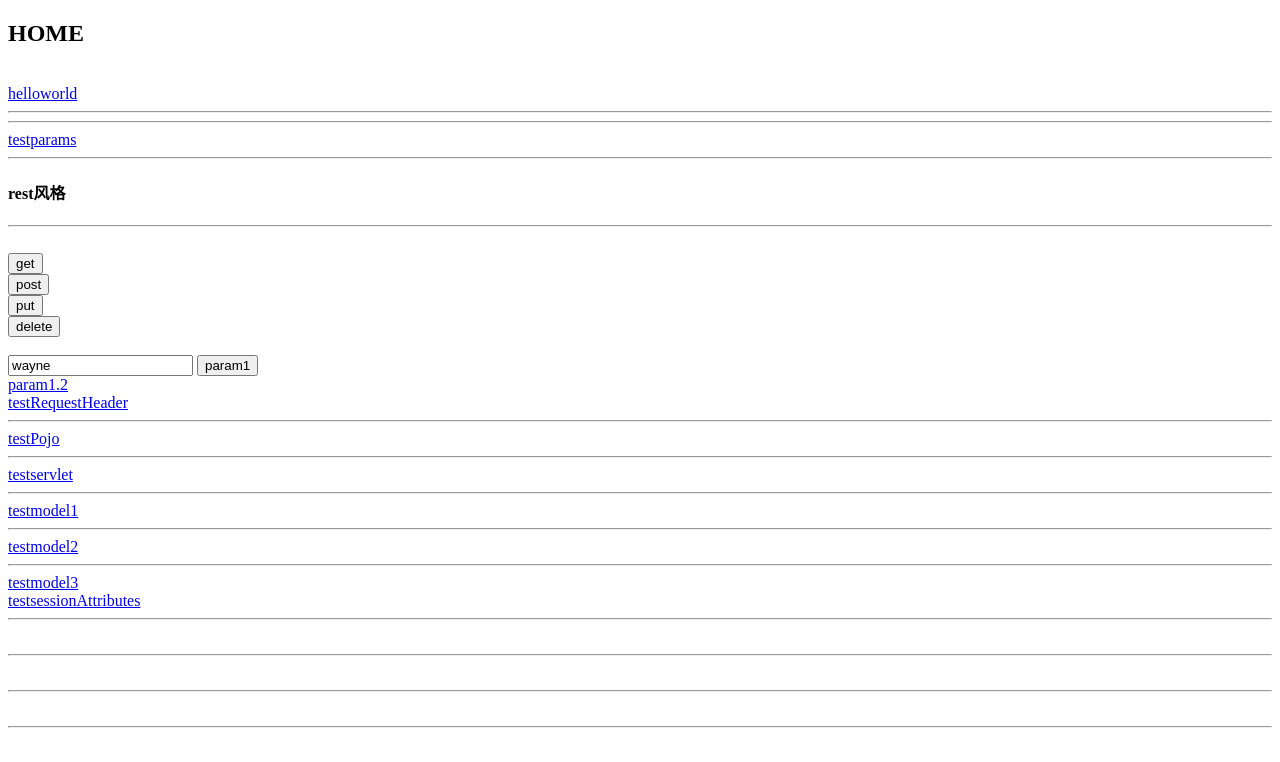
Repository: weiqilin66/workSpaceXD
Page: http://localhost/springmvc-1/
The author's editor kept a copy of each file at every save. The page is drawn from the files as they stood at one save, then again after the next save.
The browser window is 1280 px wide. The pictures show the whole page.
The page is served by Tomcat 9.

Above is the page before, as saved 2019-09-23 03:10:40.

After the next save:
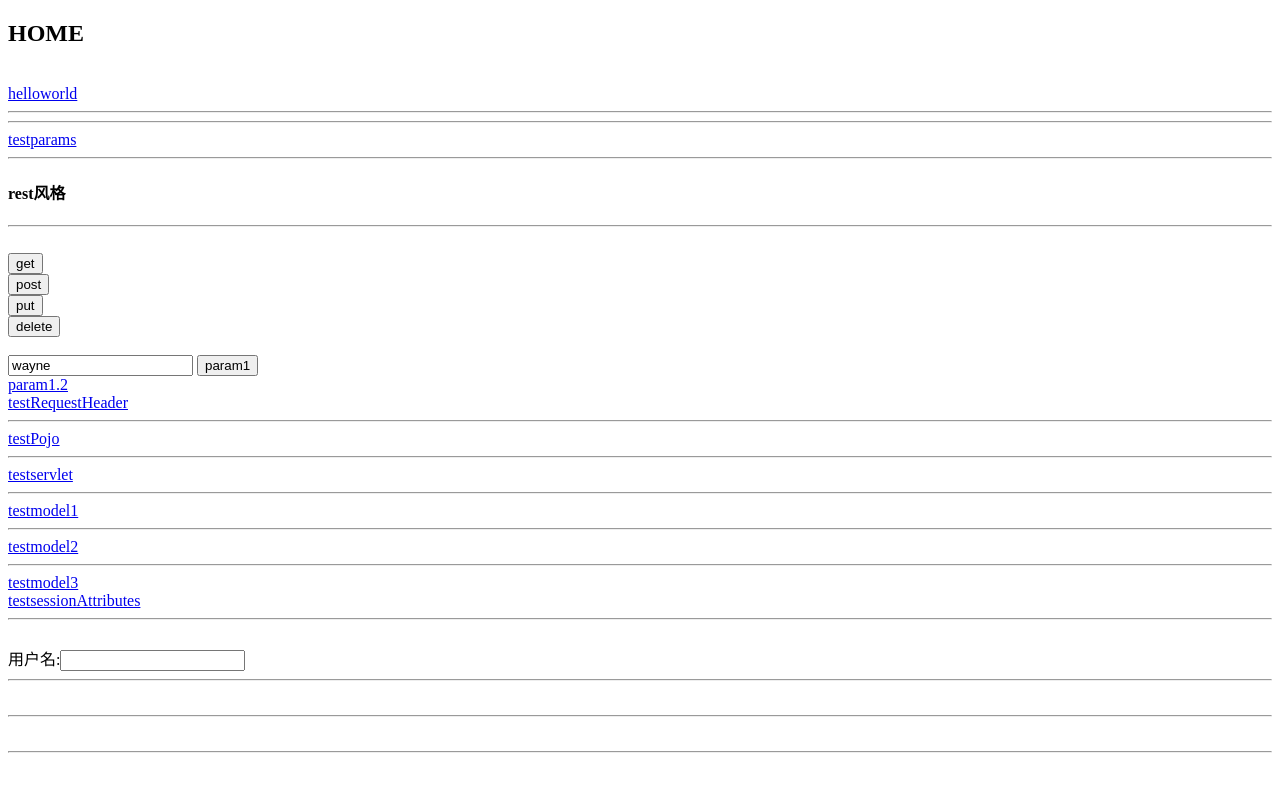
Saved 98 s later.
--- a/workspace/eclipseworkspace/ws01-study/springmvc-1/WebContent/index.jsp
+++ b/workspace/eclipseworkspace/ws01-study/springmvc-1/WebContent/index.jsp
@@ -60,6 +60,10 @@
 <a href="sessionAttributes"> testsessionAttributes</a>
 <hr>
 <br>
+<form action="testModelAttributes">
+<input type="hidden" name="id" value="1">
+用户名:<input name="username" type="text">
+</form>
 <hr>
 <br>
 <hr>
